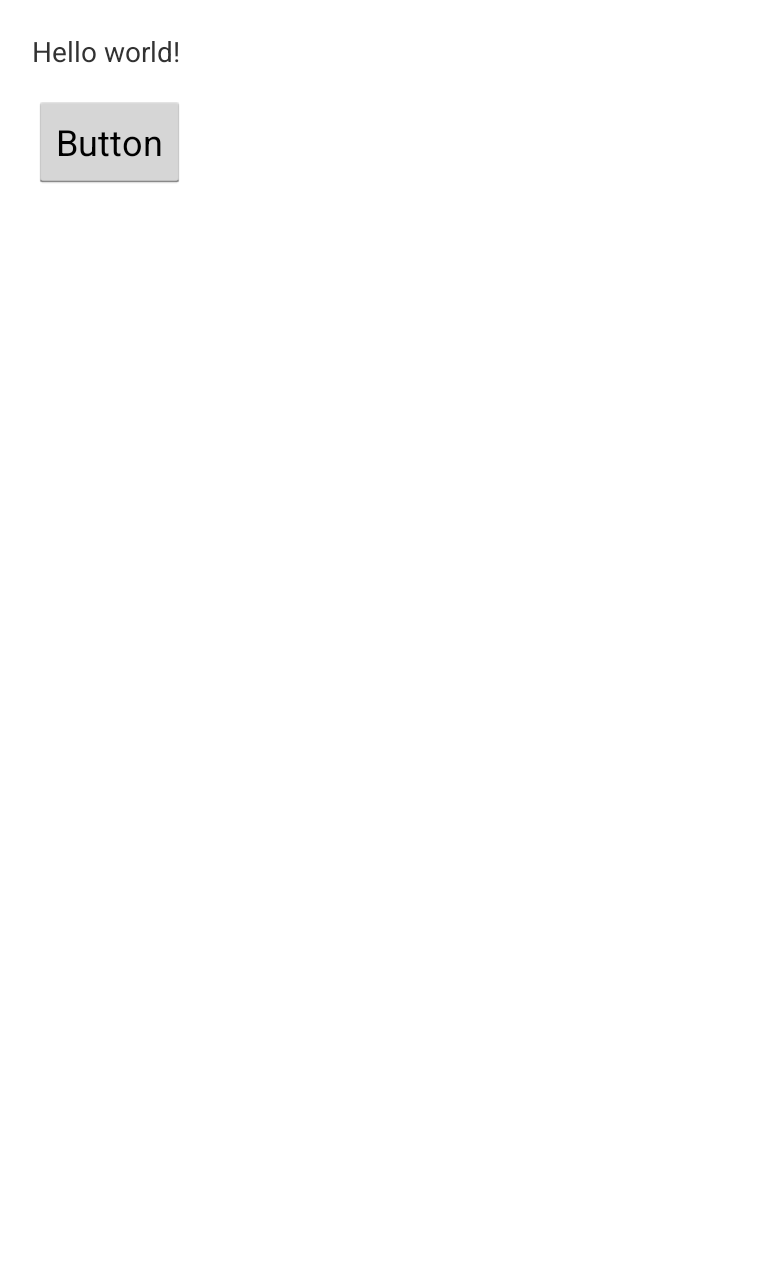
Repository: luckyabhishek/helloWorld
Layout: SayHello/res/layout/activity_main.xml
An editor plug-in stored every save of this project. The layout is shown before and after the next save, followed by the edit.
It is drawn on a 768 x 1280 px phone screen (xhdpi) without system bars, with theme AppTheme; the app's code is not run.

Above is the layout before, as saved 2014-11-14 08:35:04.

After the next save:
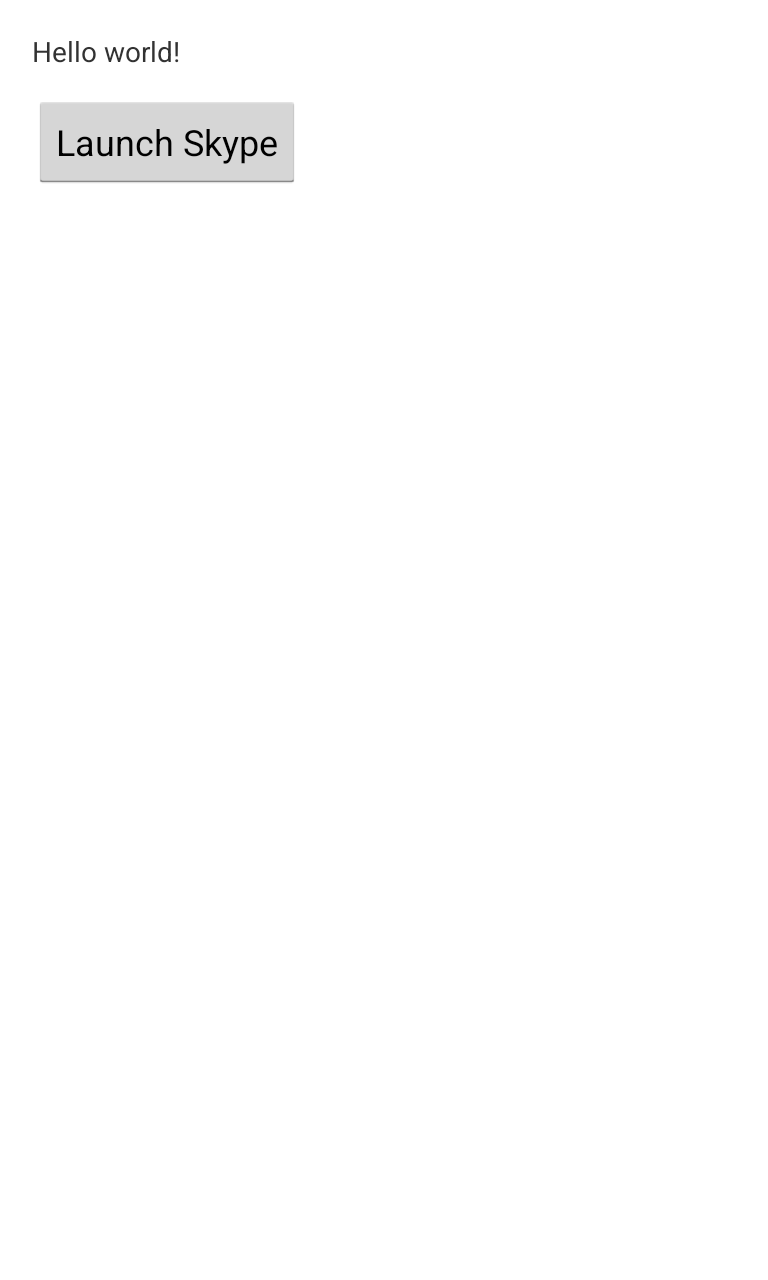
Saved 35 s later.
--- a/SayHello/res/layout/activity_main.xml
+++ b/SayHello/res/layout/activity_main.xml
@@ -18,9 +18,9 @@
         android:id="@+id/button1"
         android:layout_width="wrap_content"
         android:layout_height="wrap_content"
-        android:layout_alignLeft="@+id/textView1"
+        android:layout_alignParentLeft="true"
         android:layout_below="@+id/textView1"
         android:layout_marginTop="12dp"
-        android:text="Button" />
+        android:text="Launch Skype" />
 
 </RelativeLayout>
